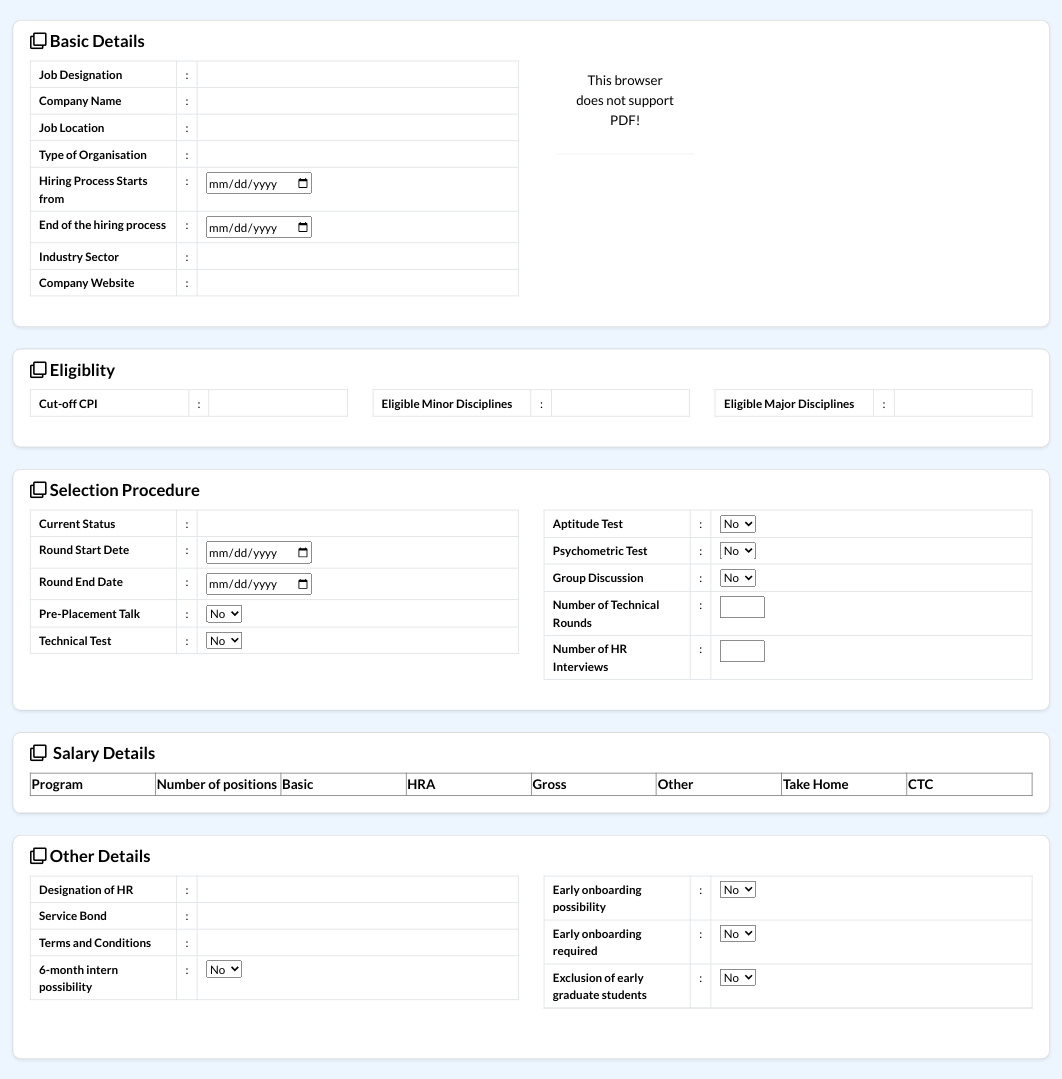
Repository: AditiDey29/Placement_Management_System
Page: templates/dashboard/one_job_details.html
The author's editor kept a copy of each file at every save. The page is drawn from the files as they stood at one save, then again after the next save.
The browser window is 1280 px wide. The pictures show the whole page, at 83% of full size.
Some web libraries are served in a nearby version. The template is drawn by Flask 3. The application's start-up code is not run. Other server files are loaded and not shown. The template is opened directly, without the code that normally fills it, so the values that code supplies are empty.

Above is the page before, as saved 2023-04-15 18:03:32.

### templates/dashboard/one_job_details.html
<!DOCTYPE html>
<html lang="en">

<head>
  <meta charset="UTF-8">
  <meta name="viewport" content="width=device-width, initial-scale=1.0">
  <meta http-equiv="X-UA-Compatible" content="ie=edge">
  <!-- Google Fonts -->
  <link href="https://fonts.googleapis.com/css?family=Lato:300,400,700,900&display=swap" rel="stylesheet">
  <!-- Bootstrap CSS -->
  <link rel='stylesheet' href='https://cdnjs.cloudflare.com/ajax/libs/twitter-bootstrap/4.1.3/css/bootstrap.min.css'>
  <!-- Font Awesome CSS -->
  <link rel='stylesheet' href='https://cdnjs.cloudflare.com/ajax/libs/font-awesome/5.12.1/css/all.min.css'>
  <title>Job Details</title>

  <style>
    body {
      background: #EDF6FF;
      /* fallback for old browsers */
      background: -webkit-linear-gradient(to right, #EDF6FF, #EDF6FF);
      /* Chrome 10-25, Safari 5.1-6 */
      background: linear-gradient(to right, #EDF6FF, #EDF6FF);
      /* W3C, IE 10+/ Edge, Firefox 16+, Chrome 26+, Opera 12+, Safari 7+ */
      padding: 0;
      margin: 0;
      font-family: 'Lato', sans-serif;
      color: #000;

    }

    .student-profile .card {
      border-radius: 10px;
    }

    .student-profile .card .card-header .profile_img {
      width: 150px;
      height: 150px;
      object-fit: cover;
      margin: 10px auto;
      border: 10px solid #ccc;
      border-radius: 50%;
    }

    .student-profile .card h3 {
      font-size: 20px;
      font-weight: 700;
    }

    .student-profile .card p {
      font-size: 16px;
      color: #000;
    }

    .student-profile .table th,
    .student-profile .table td {
      font-size: 14px;
      padding: 5px 10px;
      color: #000;
    }
  </style>
</head>

<body>
  <!-- START HERE -->

  <div class="student-profile py-4">
    <div class="container-fluid">
      <div class="row">

        <div class="col-lg-12">
          <div class="card shadow-sm">
            <div class="card-header bg-transparent border-0">
              <h3 class="mb-0"><i class="far fa-clone pr-1"></i>Basic Details</h3>
            </div>
            <div class="card-body person_details pt-0">
              <div class="row">
                <div class="col-lg-6">
                  <table class="table table-bordered">
                    <tr>
                      <th width="30%">Job Designation</th>
                      <td width="2%">:</td>
                      <td class="text-muted mb-0">{{job[1]}}</td>
                    </tr>
                    <tr>
                      <th width="30%">Company Name</th>
                      <td width="2%">:</td>
                      <td class="text-muted mb-0">{{company[3]}}</td>
                    </tr>
                    <tr>
                      <th width="30%">Job Location</th>
                      <td width="2%">:</td>
                      <td class="text-muted mb-0">{{job[3]}}</td>
                    </tr>
                    <tr>
                      <th width="30%">Type of Organisation</th>
                      <td width="2%">:</td>
                      <td class="text-muted mb-0">{{company[5]}}</td>
                    </tr>
                    <tr>
                      <th width="30%">Hiring Process Starts from</th>
                      <td width="2%">:</td>
                      <td class="text-muted mb-0"><input type="date" id="intern-date" name="intern-date">
                      </td>
                    </tr>
                    <tr>
                      <th width="30%">End of the hiring process</th>
                      <td width="2%">:</td>
                      <td class="text-muted mb-0"><input type="date" id="intern-date" name="intern-date">
                      </td>
                    </tr>
                    <tr>
                      <th width="30%">Industry Sector</th>
                      <td width="2%">:</td>
                      <td class="text-muted mb-0">{{company[6]}}</td>
                    </tr>
                    <tr>
                      <th width="30%">Company Website</th>
                      <td width="2%">:</td>
                      <td class="text-muted mb-0">{{company[4]}}</td>
                    </tr>
                  </table>
                </div>
                <div class="col-lg-6">


                        <div class="col-lg-4">
                          <!-- <div class="card shadow-sm"> -->
                              <div class="card-header bg-transparent text-center">
                                  <object
                                  data='data:application/pdf;base64, {{jd}}'
                                  type="application/pdf"
                                  width="300"
                                  height="300"
                                >
                                  <p>This browser does not support PDF!</p>
                                  </iframe>
                                </object>
                              </div>
                          <!-- </div> -->
                        </div>
                      </td>

                </div>
              </div>
            </div>
          </div>

          <div style="height: 26px"></div>
          <div class="card shadow-sm">
            <div class="card-header bg-transparent border-0">
              <h3 class="mb-0"><i class="far fa-clone pr-1"></i>Eligiblity</h3>
            </div>
            <div class="card-body ed_details pt-0">
              <div class="row">
                <div class="col-lg-4">
                  <table class="table table-bordered">
                    <tr>
                      <th width="50%">Cut-off CPI</th>
                      <td width="2%">:</td>
                      <td class="text-muted mb-0">{{job[4]}}</td>
                    </tr>
                  </table>
                </div>
                <div class="col-lg-4">
                  <table class="table table-bordered">
                    <tr>
                      <th width="50%">Eligible Minor Disciplines</th>
                      <td width="2%">:</td>
                      <td class="text-muted mb-0">{{job[15]}}</td>
                    </tr>
                  </table>
                </div>
                <div class="col-lg-4">
                  <table class="table table-bordered">
                    <tr>
                      <th width="50%">Eligible Major Disciplines</th>
                      <td width="2%">:</td>
                      <td class="text-muted mb-0">{{job[17]}}</td>
                    </tr>
                  </table>
                </div>
              </div>
            </div>
          </div>

          <div style="height: 26px"></div>
          <div class="card shadow-sm">
            <div class="card-header bg-transparent border-0">
              <h3 class="mb-0"><i class="far fa-clone pr-1"></i>Selection Procedure</h3>
            </div>
            <div class="card-body person_details pt-0">
              <div class="row">
                <div class="col-lg-6">
                  <table class="table table-bordered">
                    <tr>
                      <th width="30%">Current Status</th>
                      <td width="2%">:</td>
                      <td class="text-muted mb-0">{{job[1]}}</td>
                    </tr>
                    <tr>
                      <th width="30%">Round Start Dete</th>
                      <td width="2%">:</td>
                      <td class="text-muted mb-0"><input type="date" id="intern-date" name="intern-date">
                      </td>
                    </tr>
                    <tr>
                      <th width="30%">Round End Date</th>
                      <td width="2%">:</td>
                      <td class="text-muted mb-0"><input type="date" id="intern-date" name="intern-date">
                      </td>
                    </tr>
                    <tr>
                      <th width="30%">Pre-Placement Talk</th>
                      <td width="2%">:</td>
                      <td class="text-muted mb-0"><select name="internship_possibility">
                        <option value="yes">Yes</option>
                        <option value="no" selected>No</option>
                      </select>
                    </td>
                    </tr>
                    <tr>
                      <th width="30%">Technical Test</th>
                      <td width="2%">:</td>
                      <td class="text-muted mb-0"><select name="internship_possibility">
                        <option value="yes">Yes</option>
                        <option value="no" selected>No</option>
                      </select>
                    </td>
                    </tr>
                  </table>

                </div>
                <div class="col-lg-6">
                  <table class="table table-bordered">
                    <tr>
                      <th width="30%">Aptitude Test</th>
                      <td width="2%">:</td>
                      <td class="text-muted mb-0"><select name="internship_possibility">
                        <option value="yes">Yes</option>
                        <option value="no" selected>No</option>
                      </select>
                    </td>
                    </tr>
                    <tr>
                      <th width="30%">Psychometric Test</th>
                      <td width="2%">:</td>
                      <td class="text-muted mb-0"><select name="internship_possibility">
                        <option value="yes">Yes</option>
                        <option value="no" selected>No</option>
                      </select>
                    </td>
                    </tr>
                    <tr>
                      <th width="30%">Group Discussion</th>
                      <td width="2%">:</td>
                      <td class="text-muted mb-0"><select name="internship_possibility">
                        <option value="yes">Yes</option>
                        <option value="no" selected>No</option>
                      </select>
                    </td>
                    </tr>
                    <tr>
                      <th width="30%">Number of Technical Rounds</th>
                      <td width="2%">:</td>
                      <td class="text-muted mb-0"><input type="number" name="Number" min="0" max="100" step="1" value="Number"></td>
                    </tr>
                    <tr>
                      <th width="30%">Number of HR Interviews</th>
                      <td width="2%">:</td>
                      <td class="text-muted mb-0"><input type="number" name="Number" min="0" max="100" step="1" value="Number"></td>
                    </tr>
                  </table>
                </div>
              </div>
            </div>
          </div>


          <div style="height: 26px"></div>
          <div class="card shadow-sm">
            <div class="card-header bg-transparent border-0">
              <h3 class="mb-0"><i class="far fa-clone pr-1"></i> Salary Details</h3>
            </div>
            <div class="card-body ed_details pt-0">
              <div class="row">
                <div class="col-lg-12">
                  <table border="1" width="100%" style="table-layout: fixed;">
                    <tr>
                      <th>Program</th>
                      <th>Number of positions</th>
                      <th>Basic</th>
                      <th>HRA</th>
                      <th>Gross</th>
                      <th>Other</th>
                      <th>Take Home</th>
                      <th>CTC</th>

                    </tr>
                    {% for detail in details %}
                    <tr>
                      <td>{{detail[8]}}</td>
                      <td>{{detail[1]}}</td>
                      <td>{{detail[2]}}</td>
                      <td>{{detail[3]}}</td>
                      <td>{{detail[4]}}</td>
                      <td>{{detail[5]}}</td>
                      <td>{{detail[6]}}</td>
                      <td>{{detail[7]}}</td>
                    </tr>
                    {% endfor %}
                  </table>
                </div>
              </div>
            </div>
          </div>
        </div>
      </div>

      <div style="height: 26px"></div>
      <div class="card shadow-sm">
        <div class="card-header bg-transparent border-0">
          <h3 class="mb-0"><i class="far fa-clone pr-1"></i>Other Details</h3>
        </div>
        <div class="card-body person_details pt-0">
          <div class="row">
            <div class="col-lg-6">
              <table class="table table-bordered">
                <tr>
                  <th width="30%">Designation of HR</HR>
                  </th>
                  <td width="2%">:</td>
                  <td class="text-muted mb-0">{{job[1]}}</td>
                </tr>
                <tr>
                  <th width="30%">Service Bond</th>
                  <td width="2%">:</td>
                  <td class="text-muted mb-0">{{company[3]}}</td>
                </tr>
                <tr>
                  <th width="30%">Terms and Conditions</th>
                  <td width="2%">:</td>
                  <td class="text-muted mb-0">{{company[5]}}</td>
                </tr>
                <tr>
                  <th width="30%">6-month intern possibility</th>
                  <td width="2%">:</td>
                  <td class="text-muted mb-0"><select name="internship_possibility">
                    <option value="yes">Yes</option>
                    <option value="no" selected>No</option>
                  </select>
                </td>
                </tr>

              </table>
            </div>
            <div class="col-lg-6">
              <table class="table table-bordered">
                <tr>
                  <th width="30%">Early onboarding possibility</th>
                  <td width="2%">:</td>
                  <td class="text-muted mb-0"><select name="internship_possibility">
                    <option value="yes">Yes</option>
                    <option value="no" selected>No</option>
                  </select>
                </td>
                </tr>
                <tr>
                  <th width="30%">Early onboarding required</th>
                  <td width="2%">:</td>
                  <td class="text-muted mb-0"><select name="internship_possibility">
                    <option value="yes">Yes</option>
                    <option value="no" selected>No</option>
                  </select>
                </td>
                </tr>
                <tr>
                  <th width="30%">Exclusion of early graduate students</th>
                  <td width="2%">:</td>
                  <td class="text-muted mb-0"><select name="internship_possibility">
                    <option value="yes">Yes</option>
                    <option value="no" selected>No</option>
                  </select>
                </td>
                </tr>
                <tr>
              </table>

              <br>
              {%if (apply)%}
              <form method="POST">
                  <button class="btn btn-lg" type="submit">Apply</button>
              </form>
              {% endif %}
            </div>
          </div>
        </div>
      </div>


    </div>
  </div>





  <script src="http://code.jquery.com/jquery-3.3.1.min.js"
    integrity="sha256-FgpCb/KJQlLNfOu91ta32o/NMZxltwRo8QtmkMRdAu8=" crossorigin="anonymous"></script>
  <script src="https://cdnjs.cloudflare.com/ajax/libs/popper.js/1.14.3/umd/popper.min.js"
    integrity="sha384-ZMP7rVo3mIykV+2+9J3UJ46jBk0WLaUAdn689aCwoqbBJiSnjAK/l8WvCWPIPm49"
    crossorigin="anonymous"></script>
  <script src="https://stackpath.bootstrapcdn.com/bootstrap/4.1.1/js/bootstrap.min.js"
    integrity="sha384-smHYKdLADwkXOn1EmN1qk/HfnUcbVRZyYmZ4qpPea6sjB/pTJ0euyQp0Mk8ck+5T"
    crossorigin="anonymous"></script>
</body>

</html>

After the next save:
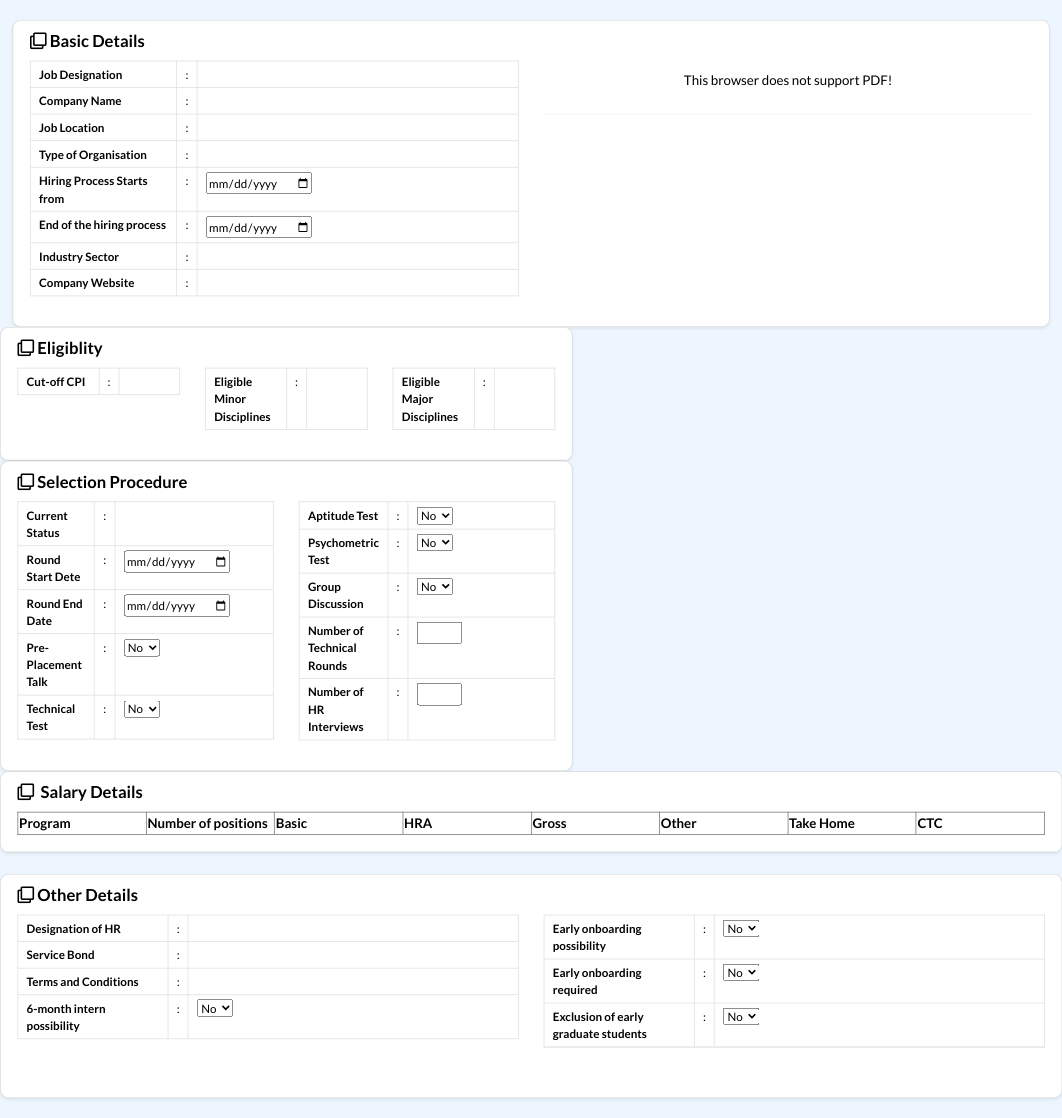
Saved 16 s later.
--- a/templates/dashboard/one_job_details.html
+++ b/templates/dashboard/one_job_details.html
@@ -123,7 +123,7 @@
                 <div class="col-lg-6">
 
 
-                        <div class="col-lg-4">
+
                           <!-- <div class="card shadow-sm"> -->
                               <div class="card-header bg-transparent text-center">
                                   <object

After the save that followed:
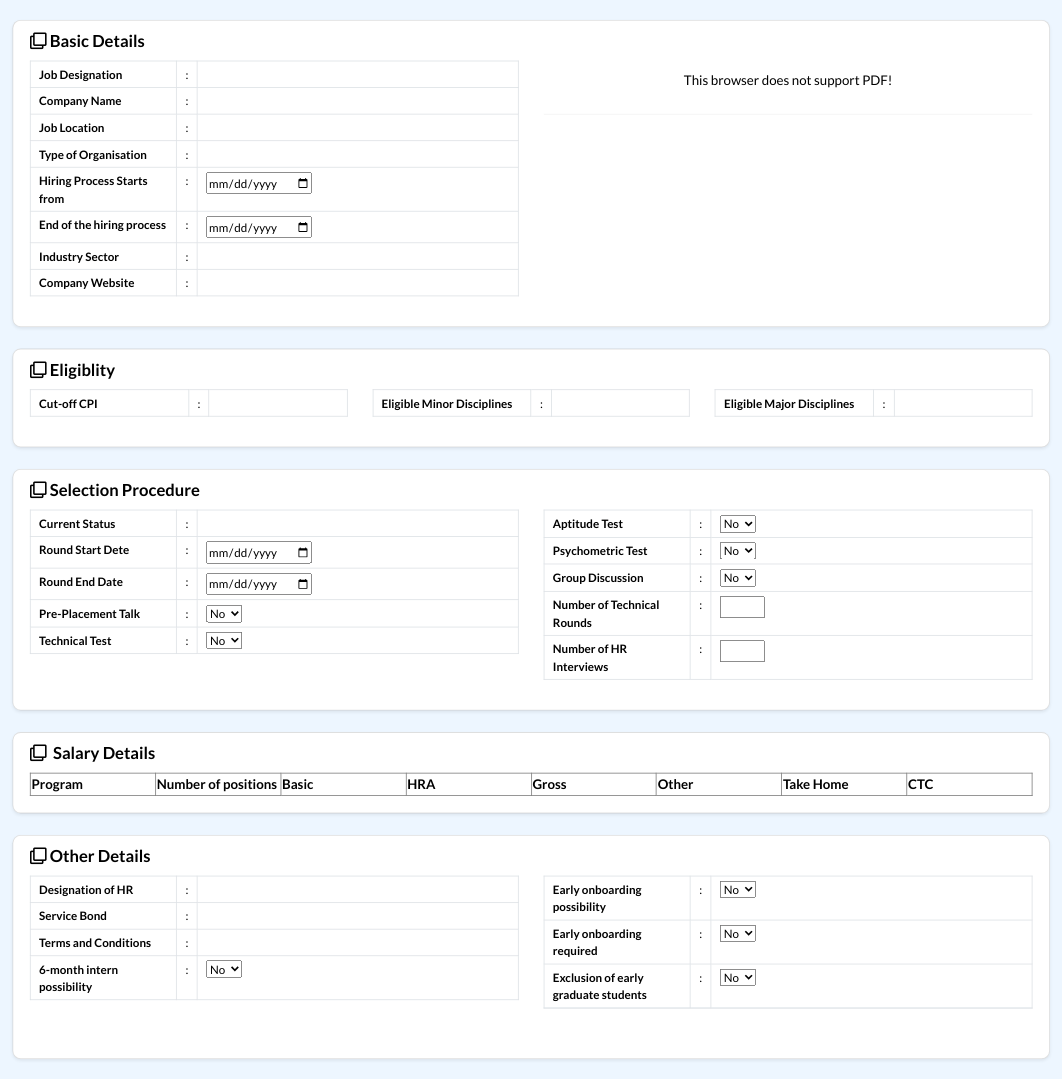
Saved 4 s later.
--- a/templates/dashboard/one_job_details.html
+++ b/templates/dashboard/one_job_details.html
@@ -141,7 +141,7 @@
                       </td>
 
                 </div>
-              </div>
+
             </div>
           </div>
 
